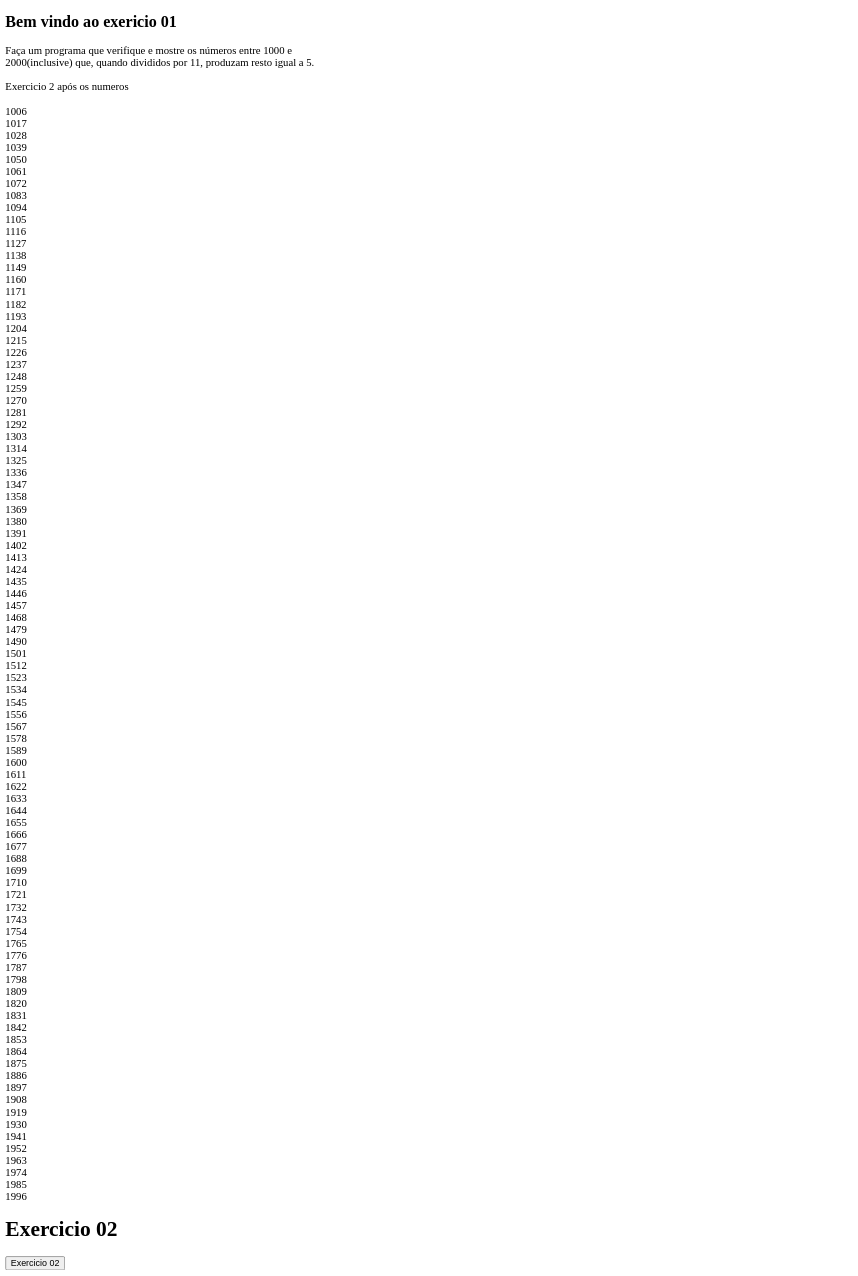
Repository: Fabio2000/Faculdade-Projetos
Page: http://localhost/exercicios/Index.jsp
These files come from the project's save history. The page is drawn as it stood at one moment and after the next save; the edit follows.
The browser window is 1280 px wide. The pictures show the whole page, at 67% of full size.
The page is served by Tomcat 9. Other server files are loaded and not shown.

Above is the page before, as saved 2022-09-11 21:00:05.

### exercicios/src/main/webapp/Index.jsp
<%@ page language="java" contentType="text/html; charset=UTF-8"
    pageEncoding="ISO-8859-1"%>
<!DOCTYPE html>
<html>
<head>
<meta charset="ISO-8859-1">
<title>Exericio1</title>
</head>
<body>
<div >
<h2><%String mensage = "Bem vindo ao exericio 01";
	out.println(mensage);
	%></h2>
	<p>
	Faça um programa que verifique e mostre os números entre 1000 e<br/>2000(inclusive) que, quando divididos por 11, produzam resto igual a 5.
	<br/><br/>
	Exercicio 2 após os numeros<br/><br/>
	<%
	for(int i=1000;i<2000;i++) {
	    if (i%11==5)
	    {

	    	out.println(i + "<br />");

	    }
	}

	%></p>
</div>
<div>
<h1>Exercicio 02</h1>
<form action="Exe02.jsp">
<input type="submit" Value="Exercicio 02"/>
</form>
</div>
</body>
</html>

After the next save:
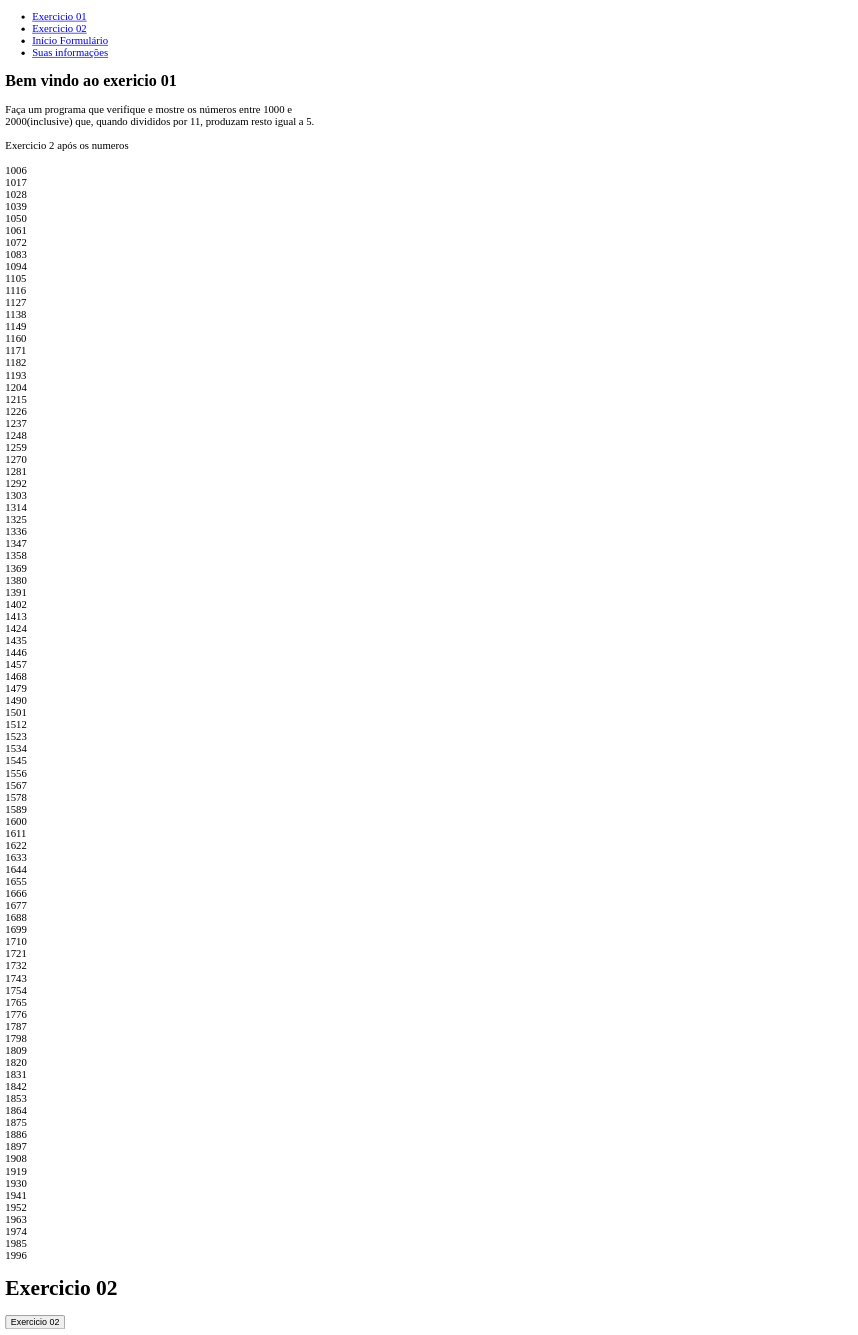
Saved 46 s later.
--- a/exercicios/src/main/webapp/Index.jsp
+++ b/exercicios/src/main/webapp/Index.jsp
@@ -8,6 +8,13 @@
 </head>
 <body>
 <div >
+<ul>
+ 		<li><a href="index.jsp">Exercicio 01</a></li>
+ 		<li><a href="Exe02.jsp">Exercicio 02</a></li>
+ 	 	<li><a href="formulario.jsp">Início Formulário</a></li>
+  		<li><a href="dados.jsp">Suas informações</a></li>
+       </ul>
+
 <h2><%String mensage = "Bem vindo ao exericio 01";
 	out.println(mensage);
 	%></h2>
